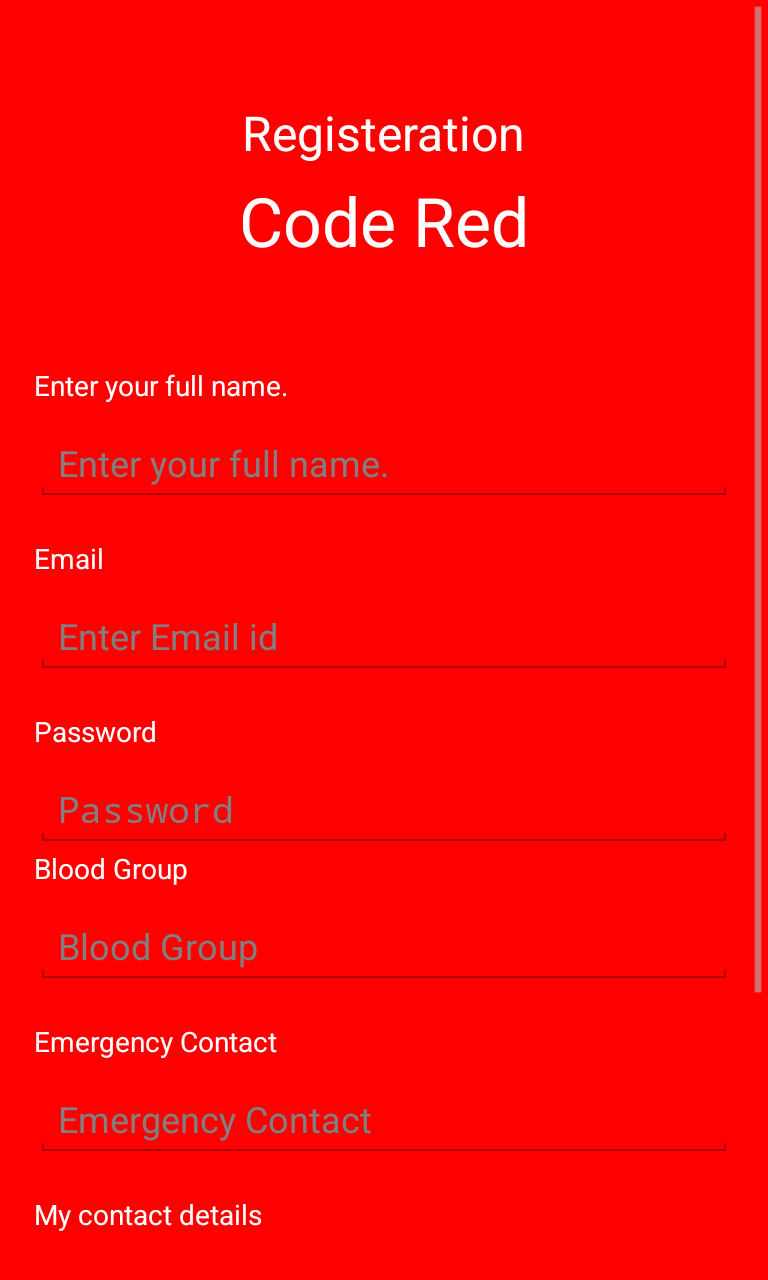
Repository: coderedteam/codered
Layout: AndroidSourceCode/CodeRed/res/layout/activity_registeration.xml
The author's editor kept a copy of each file at every save. The layout is drawn from the files as they stood at one save, then again after the next save.
It is drawn on a 768 x 1280 px phone screen (xhdpi) without system bars, with theme AppTheme; the app's code is not run.

Above is the layout before, as saved 2014-11-27 11:45:41.

After the next save:
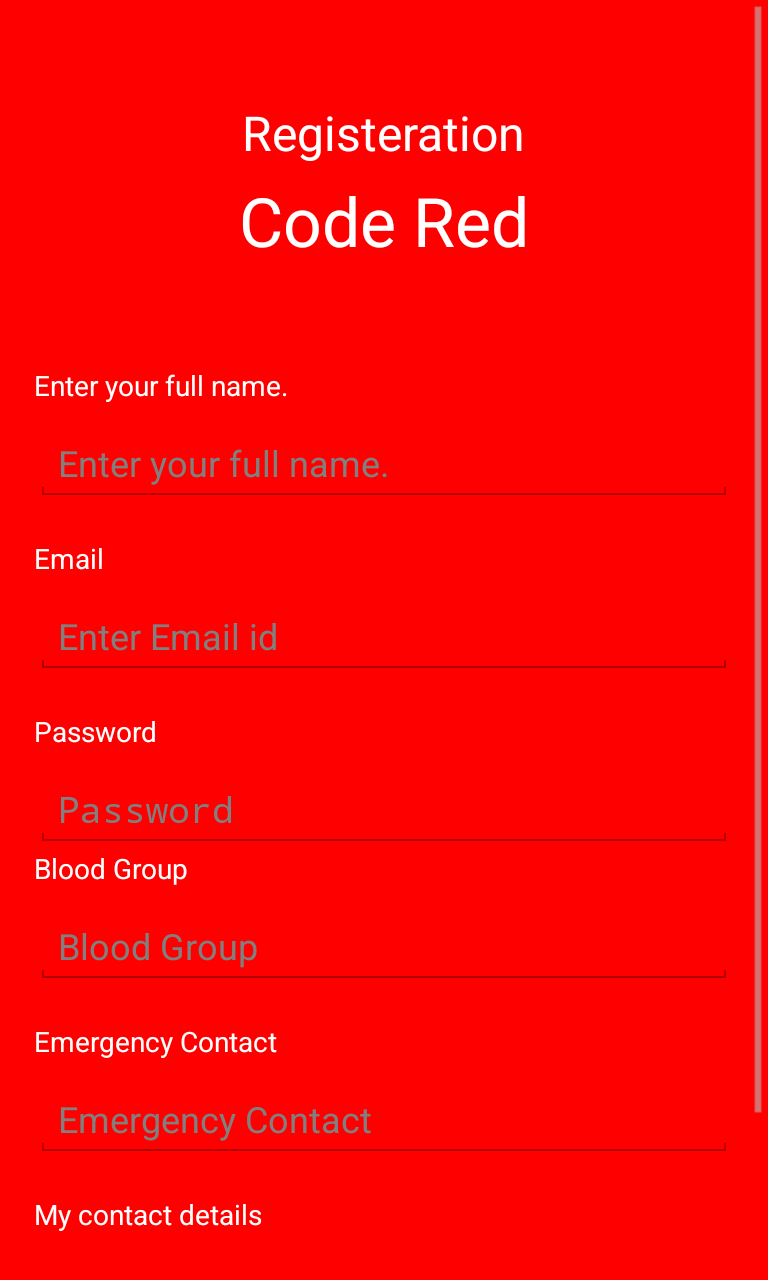
Saved 26 s later.
--- a/AndroidSourceCode/CodeRed/res/layout/activity_registeration.xml
+++ b/AndroidSourceCode/CodeRed/res/layout/activity_registeration.xml
@@ -162,21 +162,7 @@
                 android:contentDescription="@string/txtBtnSignIn"
                 android:text="@string/txtBtnSignIn" />
 
-            <LinearLayout
-                android:id="@+id/layoutSeperator"
-                android:layout_width="match_parent"
-                android:layout_height="wrap_content"
-                android:layout_marginBottom="20dp"
-                android:layout_marginTop="20dip"
-                android:orientation="horizontal" >
-            </LinearLayout>
 
-            <Button
-                android:id="@+id/btnNewAccount"
-                android:layout_width="match_parent"
-                android:layout_height="wrap_content"
-                android:contentDescription="@string/txtBtnCreateNewAccount"
-                android:text="@string/txtBtnCreateNewAccount" />
         </LinearLayout>
     </LinearLayout>
 
